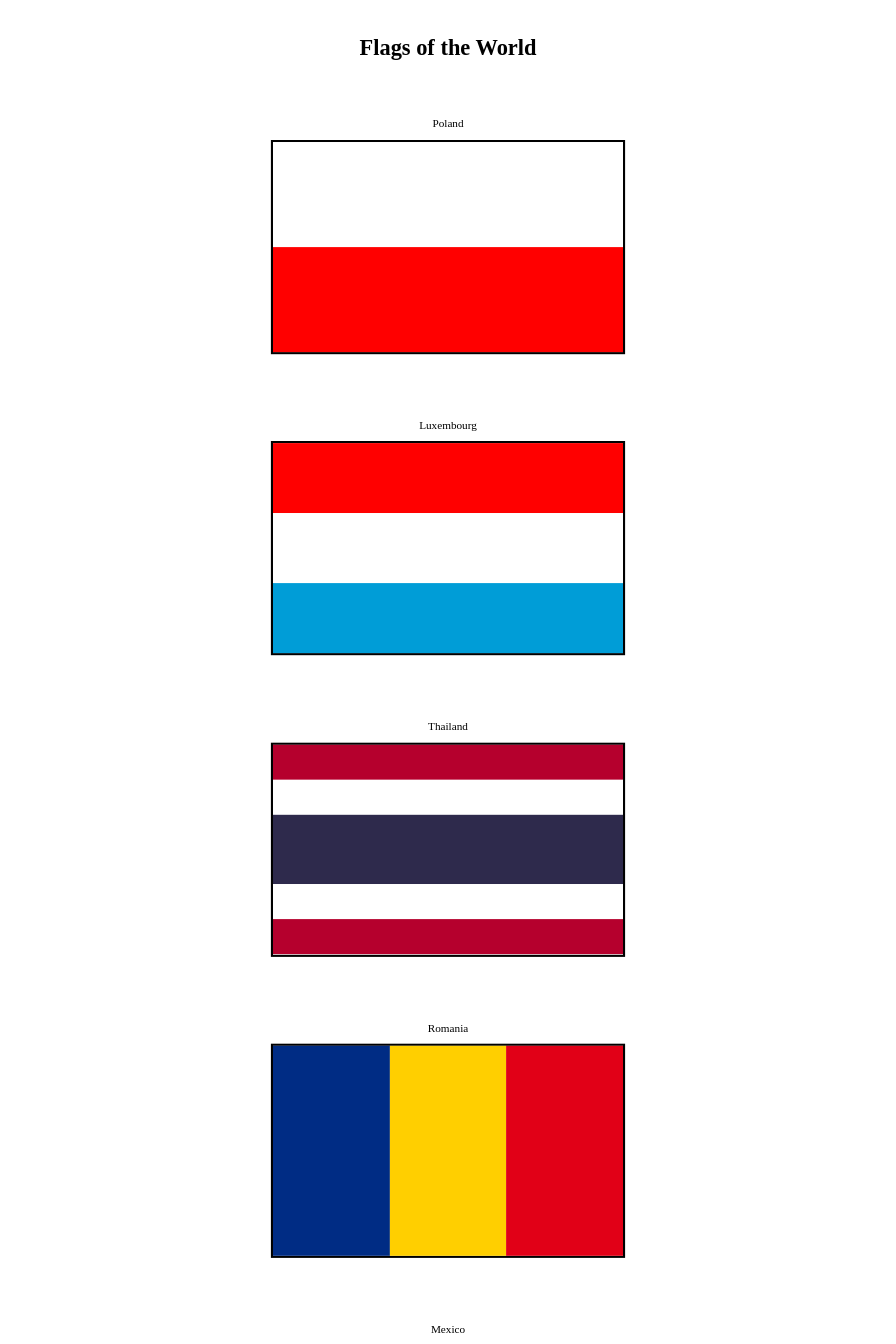
Repository: fullstack-decal-fa22/hw2-jiachenofsun
Page: index.html
These files come from the project's save history. The page is drawn as it stood at one moment and after the next save; the edit follows.
The browser window is 1280 px wide. The pictures show the part of the page from y = 0 to 1920 px (the page is 5389 px tall), at 70% of full size.

Above is the page before, as saved 2022-09-25 15:42:22.

### index.html
<!DOCTYPE html>

<head>

  <head>
    <link rel="stylesheet" href="styles.css">
  </head>

  <h1 id="intro">Flags of the World</h1>

  <br>

  <!--
    Some flags already have some CSS elements added in
    You are expected to finish the rest.
  -->

  <div class="flags">
    <h2 class="label">Poland</h2>
    <div class="flag">
      <div class="white twovert"></div>
      <div class="red twovert"></div>
    </div>

    <h2 class="label">Luxembourg</h2>
    <div class="flag">
      <div class="red threevert"></div>
      <div class="red threevert" id="white"></div>
      <div class="light-blue threevert"></div>
    </div>

    <h2 class="label">Thailand</h2>
    <div class="flag">
      <div class="thailand-red"></div>
      <div class="thailand-white"></div>
      <div class="thailand-blue"></div>
      <div class="thailand-white"></div>
      <div class="thailand-red"></div>
    </div>

    <h2 class="label">Romania</h2>
    <div class="flag" style="display: flex; flex-direction: row;">
      <div class="romania-blue threehoriz"></div>
      <div class="romania-yellow threehoriz"></div>
      <div class="romania-red threehoriz"></div>
    </div>

    <h2 class="label">Mexico</h2>
    <div class="flag" style="display: flex; flex-direction: row;">
      <div class="mexico-green threehoriz"></div>
      <img class="mexico-img threehoriz" src="eagle.png">
      <div class="mexico-red threehoriz"></div>
    </div>

    <h2>Margin</h2>
    <div class="margin-container">
      <div class="flag"></div>
      <div class="flag"></div>
    </div>

    <h2>Padding</h2>
    <div class="flag black">
      <div class="flag padding-container"></div>
    </div>

    <h3>Challenge (These are optional)</h3>

    <h2>Greece</h2>
    <div class="flag">
      <!-- insert flag here -->
    </div>

    <h2>South Africa</h2>
    <div class="flag">
      <!-- insert flag here -->
    </div>

    <h2>Seychelis</h2>
    <div class="flag">
      <!-- insert flag here -->
    </div>

    <h2>North Macedonia</h2>
    <div class="flag">
      <!-- insert flag here -->
    </div>

    <h2>Finland</h2>
    <div class="flag">
      <!-- insert flag here -->
    </div>
  </div>

### styles.css
/* BEGIN SETUP (you will not need to use these) */
#intro {
  color: rgb(0, 0, 0);
  text-align: center;
  margin: 50px;
}

.flags {
  display: flex;
  flex-direction: column;
  align-items: center;
}

h2 {
  font-size: medium;
  font-weight: 200;
}

/* END SETUP */

/* Classes that you might find useful */
/* You may also have to implement your own classes */

.flag {
  height: 300px;
  width: 500px;
  border-style: solid;
  margin-bottom: 5rem;
}

.twovert {
  height: 50%;
}

.threevert {
  height: 33.33333%;
}

.threehoriz {
  width: 33.3%;
}

.narrow {
  height: 17.5%;
}

.wide {
  height: 30%;
}

.circle {
  border-radius: 50%;
  height: 200px;
  width: 200px;
  position: relative;
  left: 85px;
  top: 50px;
}

/* Colors */

/* QUESTION 1 */

.orange {
  background-color: orange;
}

.yellow {
  background-color: yellow;
}

.green {
  background-color: green;
}

.blue {
  background-color: blue;
}

.lightblue {
  background-color: lightblue;
}

.purple {
  background-color: purple;
}

.white {
  background-color: #fff;
}

.black {
  background-color: #000;
}

.white {
  background-color: white;
}

.red {
  background-color: red;
}

#white {
  background-color: white;
}

.light-blue {
  background-color: #009dd7;
}

/* BEGIN QUESTION 2 */

.thailand-red {
  background-color: #B5002D;
  height: 16.66%;
}

.thailand-white {
  background-color: white;
  height: 16.66%;
}

.thailand-blue {
  background-color: #2E2A4C;
  height: 33.3%;
}

/* END QUESTION 2 */

/* BEGIN QUESTION 3 */

.romania-blue {
  background-color: #002c84;
}

.romania-yellow {
  background-color: #ffcf00;
}

.romania-red {
  background-color: #e10017;
}

/* END QUESTION 3 */

/* QUESTION 4 */
.mexico-green {
  background-color: #006341;
}

.mexico-img {
  max-width: 33.3%;
  max-height: fit-content;
  align-self: center;
}

.mexico-red {
  background-color: #ce1126;
}

/* QUESTION 6 */
.margin-container {
  height: 300px;
  width: 1030px;
  border-style: solid;
  margin-bottom: 5rem;
  display: flex;
  justify-content: center;
}

/* For margin practice */
.flag1 {
  background-color: red;
  /* TODO */
}

.flag2 {
  background-color: blue;
  /* TODO */
}

/* For padding practice */
.padding-container {
  box-sizing: border-box;
  background-color: lightblue;
  background-clip: content-box, padding-box;
  /* TODO */
}

After the next save:
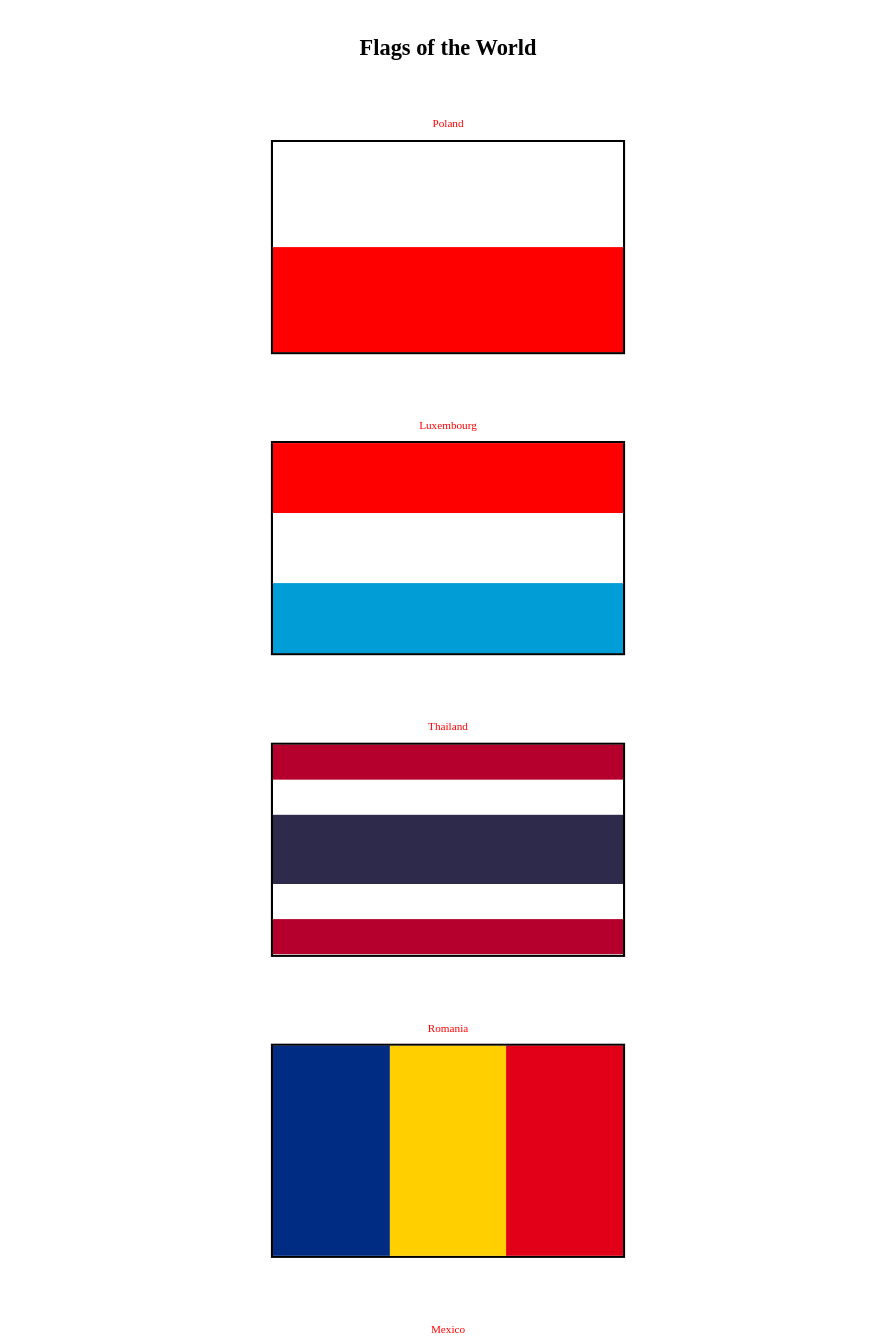
Saved 97 s later.
--- a/styles.css
+++ b/styles.css
@@ -159,6 +159,10 @@
   background-color: #ce1126;
 }
 
+.label {
+  color: red;
+}
+
 /* QUESTION 6 */
 .margin-container {
   height: 300px;
